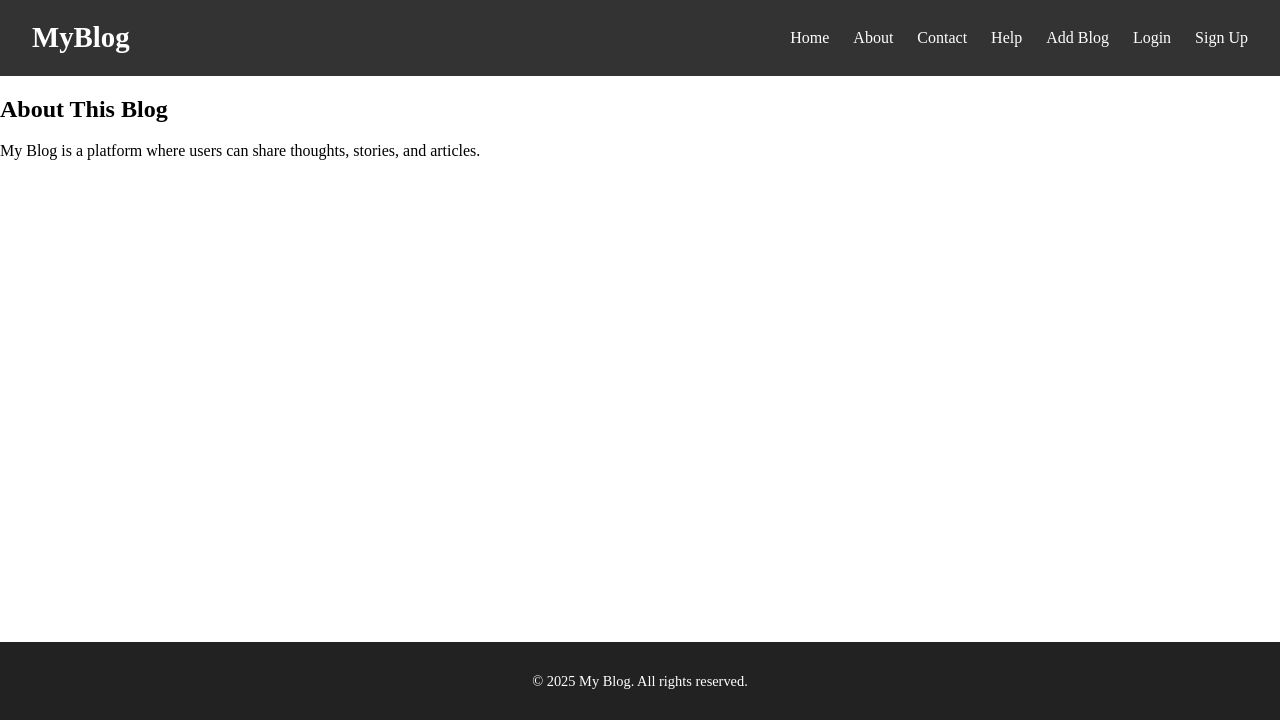
Repository: ankitg-02/FLASK
Page: http://localhost/about
An editor plug-in stored every save of this project. The page is shown before and after the next save, followed by the edit.
The browser window is 1280 px wide. The pictures show the whole page.
The page is served by the project's application, run on Flask 3 (app.py).

Above is the page before, as saved 2025-05-19 21:56:05.

### Project2/templates/about.html
{% extends "base.html" %} {% block title %}About | My Blog{% endblock %} {%
block content %}
<h2 class="text-center">About This Blog</h2>
<p class="text-center">
  My Blog is a platform where users can share thoughts, stories, and articles.
</p>
{% endblock %}

### Project2/templates/base.html
<!DOCTYPE html>
<html lang="en">
  <head>
    <meta charset="UTF-8" />
    <title>{% block title %}My Blog{% endblock %}</title>
    <link
      rel="stylesheet"
      href="{{ url_for('static', filename='css/style.css') }}"
    />
    <meta name="viewport" content="width=device-width, initial-scale=1" />
  </head>
  <body>
    <div class="wrapper">
      <nav class="navbar">
        <div class="nav-container">
          <a href="{{ url_for('index') }}" class="nav-logo">MyBlog</a>
          <ul class="nav-menu" id="nav-menu">
            <li><a href="{{ url_for('index') }}" class="nav-link">Home</a></li>
            <li><a href="{{ url_for('about') }}" class="nav-link">About</a></li>
            <li>
              <a href="{{ url_for('contact') }}" class="nav-link">Contact</a>
            </li>
            <li><a href="{{ url_for('help') }}" class="nav-link">Help</a></li>
            <li>
              <a href="{{ url_for('add_blog') }}" class="nav-link">Add Blog</a>
            </li>

            {% if current_user.is_authenticated %}
            <li>
              <a href="{{ url_for('logout') }}" class="nav-link nav-link-button"
                >Logout</a
              >
            </li>
            {% else %}
            <li><a href="{{ url_for('login') }}" class="nav-link">Login</a></li>
            <li>
              <a href="{{ url_for('signup') }}" class="nav-link nav-link-button"
                >Sign Up</a
              >
            </li>
            {% endif %}
          </ul>
          <div class="nav-toggle" id="nav-toggle">
            <span></span>
            <span></span>
            <span></span>
          </div>
        </div>
      </nav>

      <main>{% block content %}{% endblock %}</main>

      <footer class="footer">
        <p>&copy; 2025 My Blog. All rights reserved.</p>
      </footer>
    </div>

    <script>
      const navToggle = document.getElementById("nav-toggle");
      const navMenu = document.getElementById("nav-menu");

      navToggle.addEventListener("click", () => {
        navMenu.classList.toggle("nav-menu_visible");
        navToggle.classList.toggle("nav-toggle_active");
      });
    </script>
  </body>
</html>

### Project2/app.py
from flask import Flask, render_template, request, redirect, url_for, flash
from flask_sqlalchemy import SQLAlchemy
from flask_login import LoginManager, UserMixin, login_user, login_required, logout_user, current_user
from werkzeug.security import generate_password_hash, check_password_hash
from datetime import datetime

app = Flask(__name__)
app.secret_key = "secretkey"

# Database configuration
app.config['SQLALCHEMY_DATABASE_URI'] = 'sqlite:///blogs.db'
app.config['SQLALCHEMY_TRACK_MODIFICATIONS'] = False
db = SQLAlchemy(app)

# Flask-Login setup
login_manager = LoginManager()
login_manager.init_app(app)
login_manager.login_view = 'login'

# User model
class User(db.Model, UserMixin):
    id = db.Column(db.Integer, primary_key=True)
    username = db.Column(db.String(100), unique=True, nullable=False)
    email = db.Column(db.String(120), unique=True, nullable=False)
    password = db.Column(db.String(200), nullable=False)

# Blog model
class Blog(db.Model):
    id = db.Column(db.Integer, primary_key=True)
    author = db.Column(db.String(100), nullable=False)
    email = db.Column(db.String(120), nullable=False)
    phone = db.Column(db.String(15), nullable=False)
    title = db.Column(db.String(200), nullable=False)
    content = db.Column(db.Text, nullable=False)
    date_posted = db.Column(db.DateTime, default=datetime.utcnow)

@login_manager.user_loader
def load_user(user_id):
    return User.query.get(int(user_id))

# Routes
@app.route('/')
def index():
    blogs = Blog.query.order_by(Blog.date_posted.desc()).all()
    return render_template('index.html', blogs=blogs)

@app.route('/about')
def about():
    return render_template('about.html')

@app.route('/contact')
def contact():
    return render_template('contact.html')

@app.route('/help')
def help():
    return render_template('help.html')

@app.route('/add_blog', methods=['GET', 'POST'])
@login_required
def add_blog():
    if request.method == 'POST':
        author = request.form['author']
        email = request.form['email']
        phone = request.form['phone']
        title = request.form['title']
        content = request.form['content']

        new_blog = Blog(
            author=author,
            email=email,
            phone=phone,
            title=title,
            content=content
        )

        try:
            db.session.add(new_blog)
            db.session.commit()
            flash("✅ Blog added successfully!", "success")
            return redirect(url_for('index'))
        except Exception as e:
            flash(f"❌ Error: {str(e)}", "danger")
            return redirect(url_for('add_blog'))

    return render_template('add_blog.html')

@app.route('/signup', methods=['GET', 'POST'])
def signup():
    if request.method == 'POST':
        username = request.form['username']
        email = request.form['email']
        password = generate_password_hash(request.form['password'])

        user = User(username=username, email=email, password=password)
        try:
            db.session.add(user)
            db.session.commit()
            flash("✅ Account created. Please log in.", "success")
            return redirect(url_for('login'))
        except:
            flash("❌ Username or Email already exists.", "danger")
            return redirect(url_for('signup'))

    return render_template('signup.html')

@app.route('/login', methods=['GET', 'POST'])
def login():
    if request.method == 'POST':
        email = request.form['email']
        password = request.form['password']
        user = User.query.filter_by(email=email).first()
        if user and check_password_hash(user.password, password):
            login_user(user)
            flash("✅ Logged in successfully.", "success")
            return redirect(url_for('index'))
        else:
            flash("❌ Invalid credentials.", "danger")
            return redirect(url_for('login'))
    return render_template('login.html')

@app.route('/logout')
@login_required
def logout():
    logout_user()
    flash("🔒 Logged out.", "info")
    return redirect(url_for('index'))

# Run app
if __name__ == '__main__':
    with app.app_context():
        db.create_all()
    app.run(debug=True)

### Project2/static/css/style.css
html, body {
  height: 100%;
  margin: 0;
  padding: 0;
}

.wrapper {
  display: flex;
  flex-direction: column;
  min-height: 100vh;
}
main {
  flex: 1;
}

.navbar {
  background-color: #333;
  color: white;
  padding: 0.8rem 2rem;
  position: sticky;
  top: 0;
  z-index: 1000;
}

.nav-container {
  display: flex;
  justify-content: space-between;
  align-items: center;
}

.nav-logo {
  font-size: 1.8rem;
  font-weight: bold;
  color: white;
  text-decoration: none;
}

.nav-menu {
  list-style: none;
  display: flex;
  gap: 1.5rem;
}

.nav-link {
  text-decoration: none;
  color: white;
  transition: color 0.3s ease;
}

.nav-link:hover {
  color: #00bfff;
}

.nav-button {
  background-color: #00bfff;
  padding: 0.5rem 1rem;
  border-radius: 5px;
  color: white;
}

.nav-toggle {
  display: none;
  flex-direction: column;
  cursor: pointer;
}

.nav-toggle .bar {
  height: 3px;
  width: 25px;
  background-color: white;
  margin: 4px 0;
  transition: all 0.3s;
}

/* Mobile view */
@media (max-width: 768px) {
  .nav-menu {
    flex-direction: column;
    position: absolute;
    top: 60px;
    right: 0;
    background-color: #333;
    width: 100%;
    max-height: 0;
    overflow: hidden;
    transition: max-height 0.3s ease;
  }

  .nav-menu-visible {
    max-height: 400px;
  }

  .nav-toggle {
    display: flex;
  }

  .nav-menu li {
    margin: 1rem 0;
    text-align: center;
  }
}

.main-content {
  padding: 2rem;
  text-align: center;
}

.footer {
  background-color: #222;
  color: #fff;
  padding: 1rem;
  text-align: center;
  font-size: 0.9rem;
}
.form-container {
  max-width: 500px;
  margin: 2rem auto;
  background-color: #ffffff;
  padding: 2rem;
  border-radius: 10px;
  box-shadow: 0 8px 20px rgba(0, 0, 0, 0.05);
  text-align: center;
}

.form-container h2 {
  margin-bottom: 1rem;
  color: #333;
}

.form-container form {
  display: flex;
  flex-direction: column;
  gap: 1rem;
}

.form-container input,
.form-container textarea {
  padding: 0.75rem;
  border: 1px solid #ccc;
  border-radius: 8px;
  font-size: 1rem;
}

.form-container textarea {
  resize: vertical;
}

.form-button {
  background-color: #00bfff;
  color: white;
  padding: 0.75rem;
  border: none;
  border-radius: 8px;
  cursor: pointer;
  transition: background-color 0.3s ease;
  font-size: 1rem;
}

.form-button:hover {
  background-color: #009ace;
}

.form-container p {
  margin-top: 1rem;
  font-size: 0.95rem;
}

.form-container a {
  color: #00bfff;
  text-decoration: none;
}

After the next save:
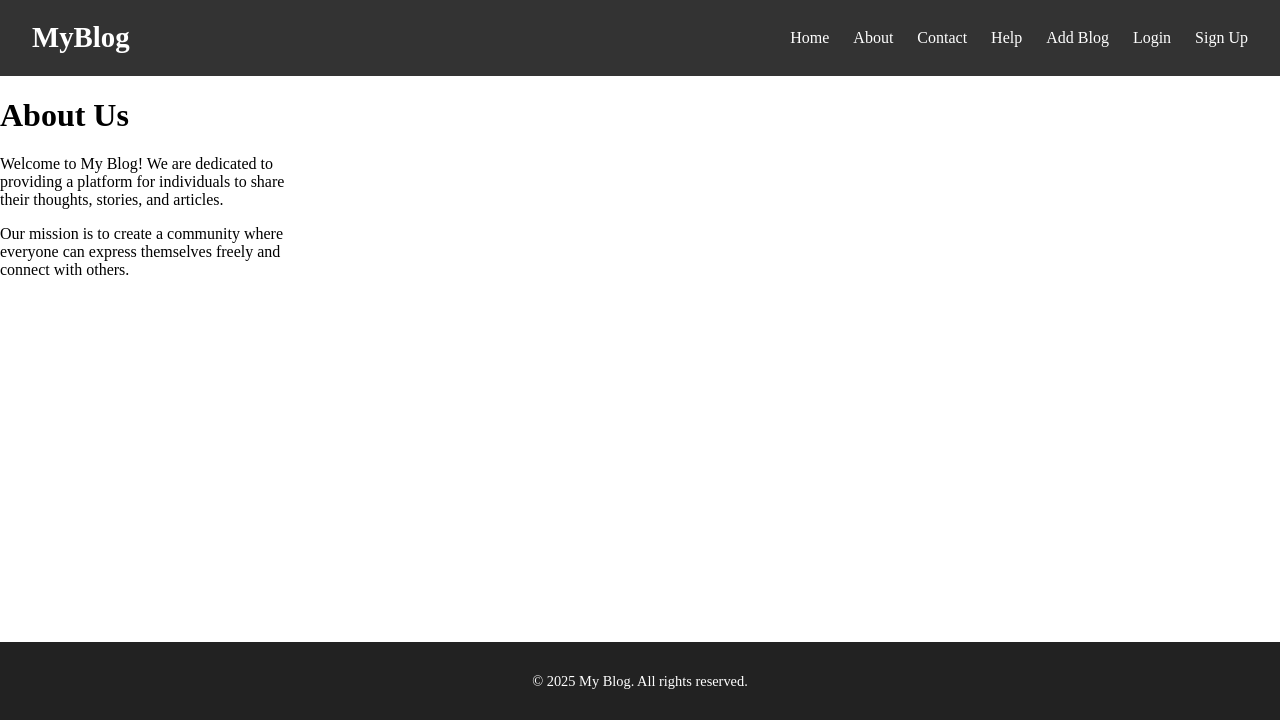
Saved 4 min 18 s later.
--- a/Project2/templates/about.html
+++ b/Project2/templates/about.html
@@ -1,7 +1,15 @@
 {% extends "base.html" %} {% block title %}About | My Blog{% endblock %} {%
 block content %}
-<h2 class="text-center">About This Blog</h2>
-<p class="text-center">
-  My Blog is a platform where users can share thoughts, stories, and articles.
-</p>
+<div class="card mb-3" ,align-items="center" style="width: 18rem">
+  <h1 class="text-center mb-4">About Us</h1>
+  <p class="text-center">
+    Welcome to My Blog! We are dedicated to providing a platform for individuals
+    to share their thoughts, stories, and articles.
+  </p>
+  <p class="text-center">
+    Our mission is to create a community where everyone can express themselves
+    freely and connect with others.
+  </p>
+</div>
+
 {% endblock %}
